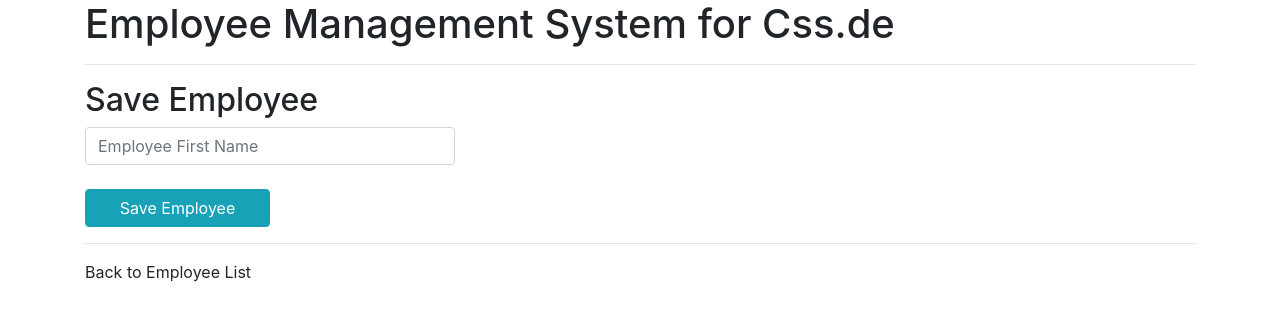
Repository: Len2/Topic4
Page: src/main/resources/templates/newIdCard.html
The author's editor kept a copy of each file at every save. The page is drawn from the files as they stood at one save, then again after the next save.
The browser window is 1280 px wide. The pictures show the whole page.

Above is the page before, as saved 2020-09-06 16:14:35.

After the next save:
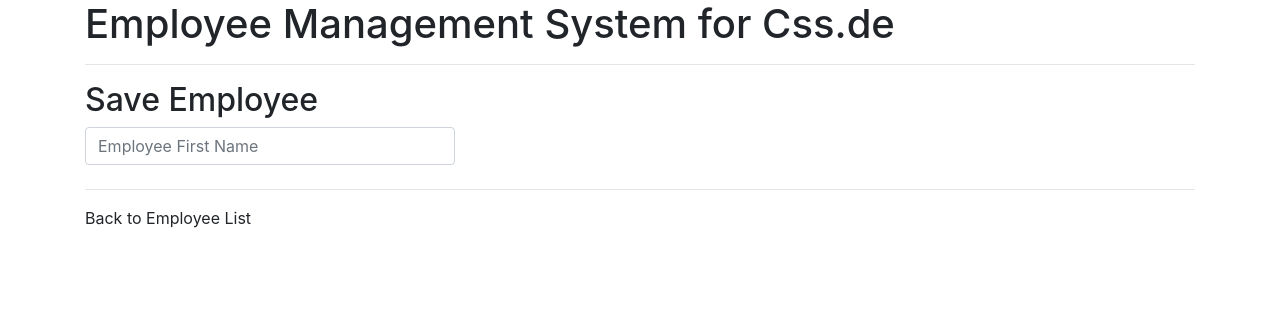
Saved 14 s later.
--- a/src/main/resources/templates/newIdCard.html
+++ b/src/main/resources/templates/newIdCard.html
@@ -25,7 +25,7 @@
 				<input type="text" th:field="*{email}"
 				placeholder="Employee Email" class="form-control mb-4 col-4">
 				 -->
-				<button type="submit" class="btn btn-info col-2"> Save Employee</button>
+				<!-- <button type="submit" class="btn btn-info col-2"> Save Employee</button> -->
 		</form>
 
 		<hr>
